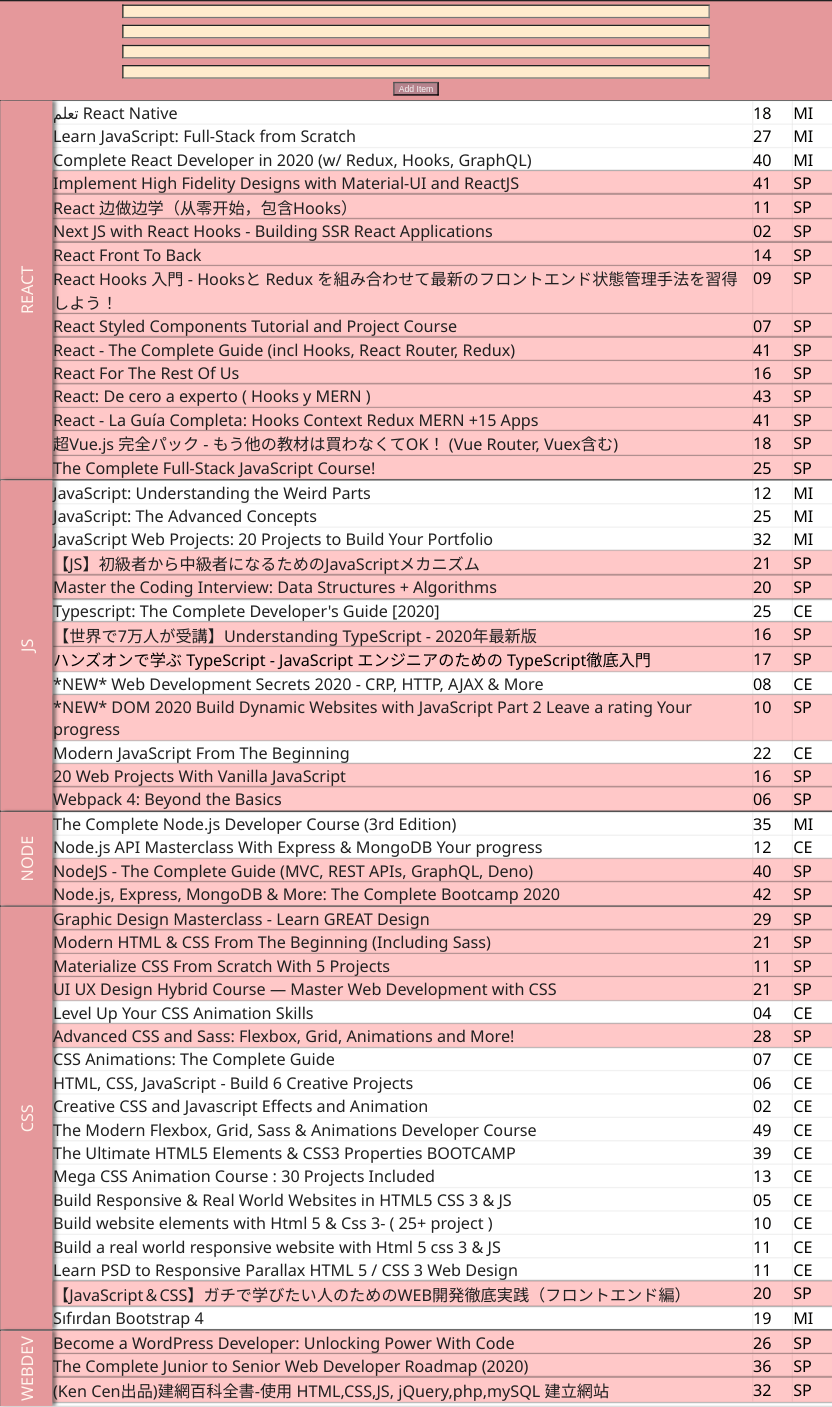
Repository: ClementLight/plan
Page: codicrs.html
These files come from the project's save history. The page is drawn as it stood at one moment and after the next save; the edit follows.
The browser window is 1280 px wide. The pictures show the whole page, at 65% of full size.

Above is the page before, as saved 2020-08-22 18:08:43.

After the next save:
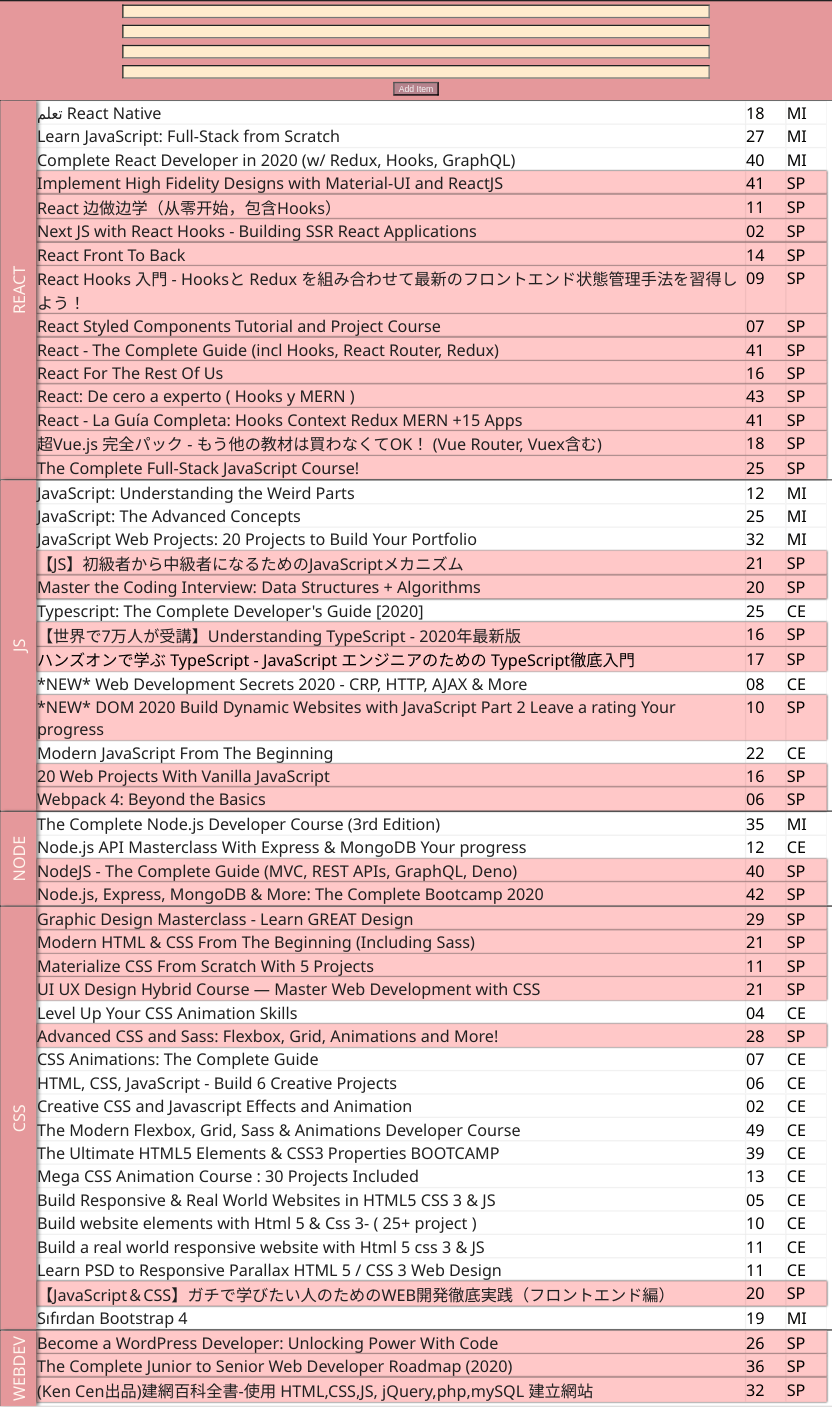
Saved 25 s later.
--- a/codicrs.html
+++ b/codicrs.html
@@ -134,7 +134,7 @@
       }
 
       .lessontype {
-        flex-basis: 5%;
+        flex-basis: 3%;
 
         border: rgba(255, 255, 255, 0.05) 1px solid;
         background-color: var(--main-interface-color);
